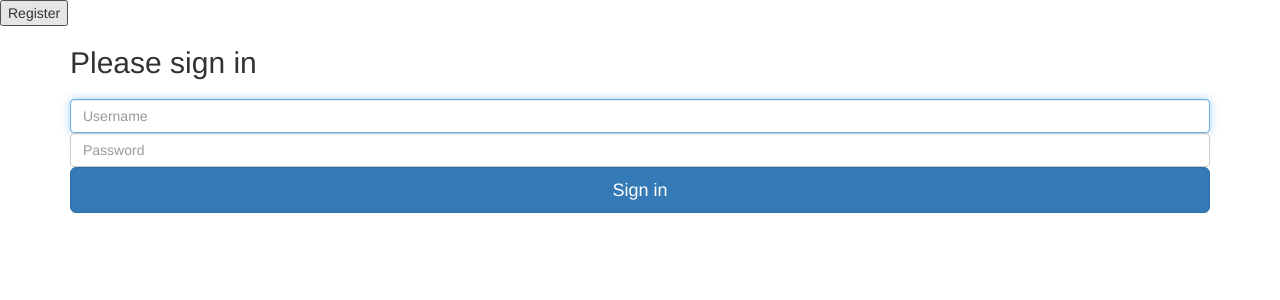
Repository: aaikinsm/FDM-Programs
Page: http://localhost/SoloProject/
These files come from the project's save history. The page is drawn as it stood at one moment and after the next save; the edit follows.
The browser window is 1280 px wide. The pictures show the whole page.
The page is served by Tomcat 9. Other server files are loaded and not shown.

Above is the page before, as saved 2017-05-26 17:46:45.

### SoloProject/WebContent/index.jsp
<%@ page language="java" contentType="text/html; charset=ISO-8859-1"
    pageEncoding="ISO-8859-1"%>
<!DOCTYPE html PUBLIC "-//W3C//DTD HTML 4.01 Transitional//EN" "http://www.w3.org/TR/html4/loose.dtd">
<html>
<head>
<meta http-equiv="Content-Type" content="text/html; charset=ISO-8859-1">
<title>Online Exam</title>
</head>
<body>
	<a href="home">Go to home</a>
</body>
</html>

### SoloProject/WebContent/login.jsp
<%@ page language="java" contentType="text/html; charset=ISO-8859-1"
    pageEncoding="ISO-8859-1"%>
<!DOCTYPE html PUBLIC "-//W3C//DTD HTML 4.01 Transitional//EN" "http://www.w3.org/TR/html4/loose.dtd">
<html>
<head>
<meta http-equiv="Content-Type" content="text/html; charset=ISO-8859-1">
<title>Login</title>

<!-- Latest compiled and minified CSS -->
<link rel="stylesheet" href="https://maxcdn.bootstrapcdn.com/bootstrap/3.3.7/css/bootstrap.min.css" integrity="sha384-BVYiiSIFeK1dGmJRAkycuHAHRg32OmUcww7on3RYdg4Va+PmSTsz/K68vbdEjh4u" crossorigin="anonymous">

</head>
<body>
	<!--<h1>Login</h1>
	<h2 class="error" style="color:red">${errorMsg} </h2>
	 <form action="login" method="post">
		username: <input type="text" name="username"><br/>
		password: <input type="password" name="password"><br/>
		<input type="submit" value="login">
	</form>
	<br/> -->
	<button >Register</button>

	<div class="container">

      <form class="form-signin" action="login" method="post">
        <h2 class="form-signin-heading">Please sign in</h2>
        <h2 class="error" style="color:red">${errorMsg} </h2>
        <label for="username" class="sr-only">Username</label>
        <input type="text" id="username" name="username" class="form-control" placeholder="Username" required autofocus>
        <label for="inputPassword" class="sr-only">Password</label>
        <input type="password" id="inputPassword" name="password" class="form-control" placeholder="Password" required>
        <button class="btn btn-lg btn-primary btn-block" type="submit">Sign in</button>
      </form>

    </div>
</body>
</html>

After the next save:
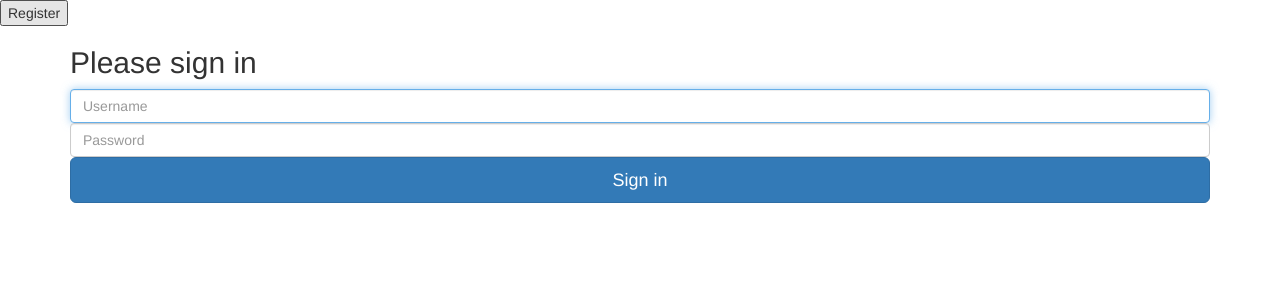
Saved 32 s later.
--- a/SoloProject/WebContent/login.jsp
+++ b/SoloProject/WebContent/login.jsp
@@ -25,7 +25,7 @@
 
       <form class="form-signin" action="login" method="post">
         <h2 class="form-signin-heading">Please sign in</h2>
-        <h2 class="error" style="color:red">${errorMsg} </h2>
+        <h4 class="error" style="color:red">${errorMsg} </h4>
         <label for="username" class="sr-only">Username</label>
         <input type="text" id="username" name="username" class="form-control" placeholder="Username" required autofocus>
         <label for="inputPassword" class="sr-only">Password</label>
